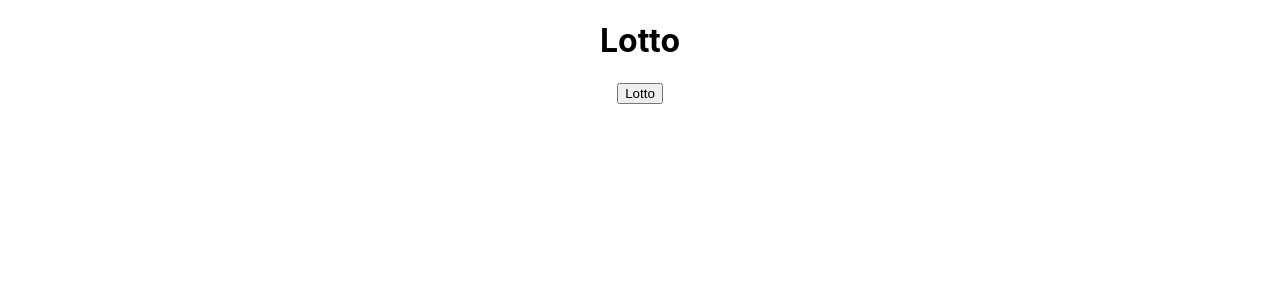
Repository: dung8466/learn-react
Page: / (app in lottery/)
The author's editor kept a copy of each file at every save. The page is drawn from the files as they stood at one save, then again after the next save.
The browser window is 1280 px wide. The pictures show the whole page.
The project was rebuilt for these pictures with package versions that can differ from the ones it lists, and the page was loaded fresh each time. Also part of the build but not shown: lottery/src/Lotto.css.

Above is the page before, as saved 2022-09-18 20:48:40.

### lottery/src/App.js
import React, {Component} from 'react';
import './App.css';
import Lotto from './Lotto';
class App extends Component{
  render(){
    return (
      <div className="App">
        <Lotto />
      </div>
    );
  }
}

export default App;

### lottery/src/Lotto.js
import React, {Component} from "react";
import './Lotto.css';
import LotteryBall from "./LotteryBall";

class Lotto extends Component{
    static defaultProps = {
        title : 'Lotto',
        numBall : 6,
        maxNum: 99
    }
    constructor(props){
        super(props);
        this.state = {nums : Array.from({length: this.props.numBall}) };
        this.handleClick = this.handleClick.bind(this);
    }
    handleClick(){
        return;
    }
    render(){
        return(
            <div className="lotto">
                <h1>{this.props.title}</h1>
                <div className="ballDisplay">
                    {this.state.nums.map(b => {
                        <LotteryBall nums={b}/>
                    })}
                </div>
                <button onClick={this.handleClick}>Lotto</button>
            </div>
        );
    }
}

export default Lotto;

### lottery/src/LotteryBall.js
import React, {Component} from "react";
import './LotteryBall.css';

class LotteryBall extends Component{
    render(){
        return(
            <div className="ball">{this.props.nums}</div>
        );
    }
}

export default LotteryBall;

### lottery/src/LotteryBall.css
.ball{
    display: inline-block;
    background-color: tomato;
    color: white;
    border-radius: 50%;
    width: 3em;
    height: 2.25em;
    text-align: center;
    padding-top: 0.75em;
    margin-right: 0.5em;
    font-weight: bold;
    font-size: 1.5em;
}

Loaded but not shown: lottery/public/index.html (common file); lottery/src/index.js (common file); lottery/src/index.css (common file); lottery/src/reportWebVitals.js (common file); lottery/src/App.css (common file)

After the next save:
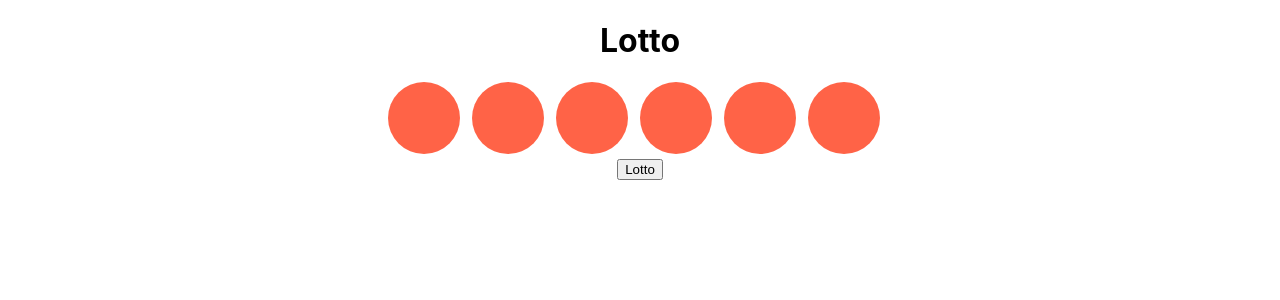
Saved 37 s later.
--- a/lottery/src/Lotto.js
+++ b/lottery/src/Lotto.js
@@ -21,9 +21,9 @@ class Lotto extends Component{
             <div className="lotto">
                 <h1>{this.props.title}</h1>
                 <div className="ballDisplay">
-                    {this.state.nums.map(b => {
+                    {this.state.nums.map(b => (
                         <LotteryBall nums={b}/>
-                    })}
+                    ))}
                 </div>
                 <button onClick={this.handleClick}>Lotto</button>
             </div>
